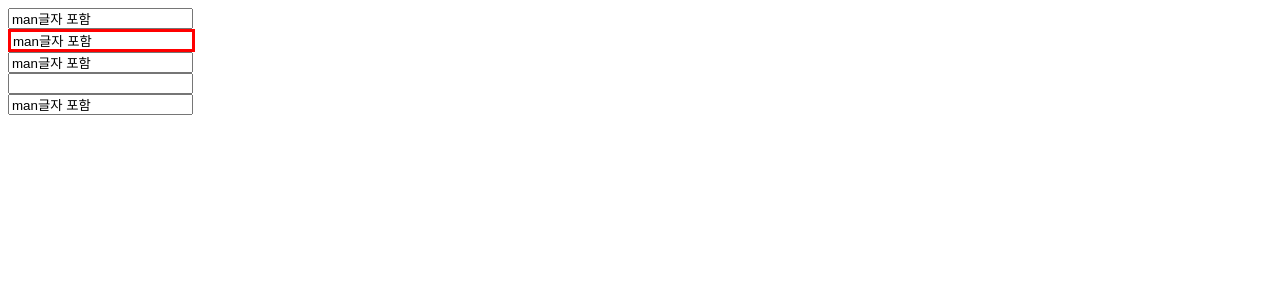
Repository: reddrinkbro/JSPStudy
Page: jQuery/WebContent/3속성선택자/15.html
These files come from the project's save history. The page is drawn as it stood at one moment and after the next save; the edit follows.
The browser window is 1280 px wide. The pictures show the whole page.

Above is the page before, as saved 2020-04-21 07:05:28.

### jQuery/WebContent/3속성선택자/15.html
<!DOCTYPE html PUBLIC "-//W3C//DTD HTML 4.01 Transitional//EN" "http://www.w3.org/TR/html4/loose.dtd">
<html>
<head>
<meta http-equiv="Content-Type" content="text/html; charset=UTF-8">
<title>Insert title here</title>

<!--

	jQuery 속성선택자 종류
		Attribute Contains Selector
		지정된 속성의 값이 일치하지 않지만 지정된 값을 포함하는 요소를 검색하고
		공백으로 정확하게 구분된 속성값을 갖는 요소를 검색할때 사용

 -->


	<script src="https://code.jquery.com/jquery-3.3.1.js"></script>
	<script type="text/javascript">

		$(function(){
			//<input>태그중에서 name 속성의 값이 문자열 "man"이 포함된 요소를 선택해옴
			$("input[name *= 'man']").val("man글자 포함");

			//<input>태그중에서 name속성의 값에 공백 구분자를 가진 문자열 "man"이 포함된 요소를 선택해옴
			$("input[name ~= 'man']").css("border","3px solid red");
		});
	</script>
</head>
<body>
	<input name = "manfdmsalkfmsdklfmkalsjfiaoheflaksdfajioganklflnews" ><br>
	<input name = "milk man"><br>
	<input name = "letterman2"><br>
	<input name = "newmilk"><br>
	<input name = "superman"><br>

</body>
</html>

After the next save:
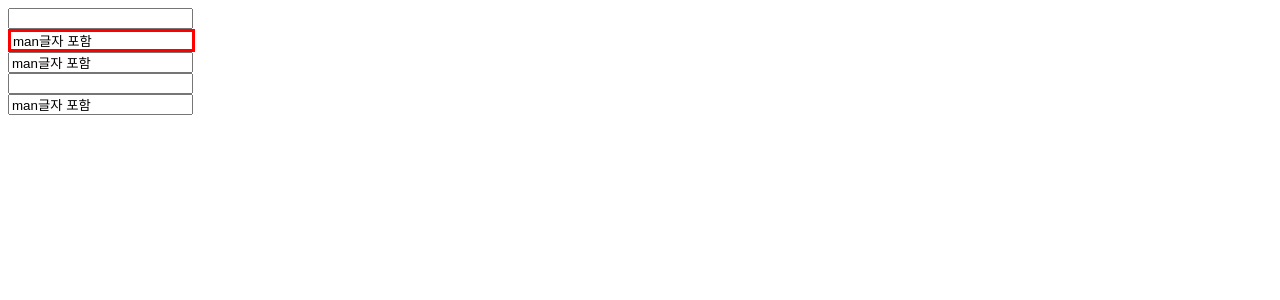
Saved 5 s later.
--- a/jQuery/WebContent/3속성선택자/15.html
+++ b/jQuery/WebContent/3속성선택자/15.html
@@ -27,7 +27,7 @@
 	</script>
 </head>
 <body>
-	<input name = "manfdmsalkfmsdklfmkalsjfiaoheflaksdfajioganklflnews" ><br>
+	<input name = "mafdmsalkfmsdklfmkalsjfiaoheflaksdfajioganklflnews" ><br>
 	<input name = "milk man"><br>
 	<input name = "letterman2"><br>
 	<input name = "newmilk"><br>

After the 4 saves that followed:
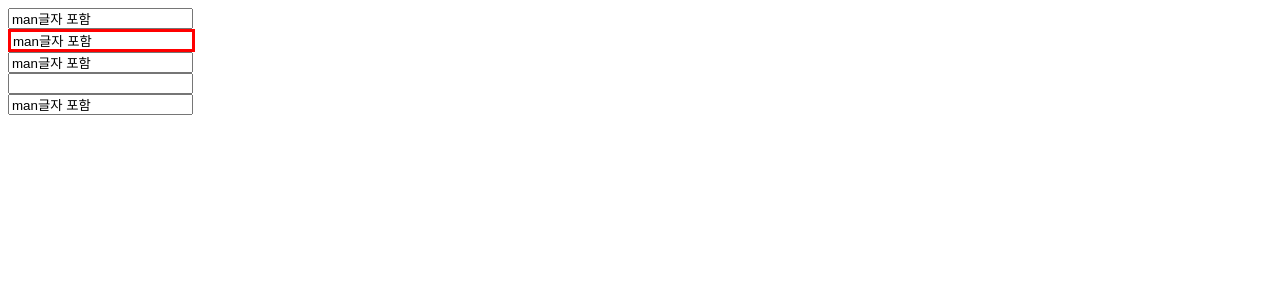
The 4 saves are shown as one change because 3 left the picture as it was.
The last was saved 91 s later.
--- a/jQuery/WebContent/3속성선택자/15.html
+++ b/jQuery/WebContent/3속성선택자/15.html
@@ -11,6 +11,10 @@
 		지정된 속성의 값이 일치하지 않지만 지정된 값을 포함하는 요소를 검색하고
 		공백으로 정확하게 구분된 속성값을 갖는 요소를 검색할때 사용
 
+		사용법
+			$("selector[attr *= 'value']")
+			$("selector[attr ~= 'value']")
+			->정확하게 일치하지는 않지만 지정된 속성값의 일부로 포함하는 요소 검색에는 *=
  -->
 
 
@@ -27,7 +31,7 @@
 	</script>
 </head>
 <body>
-	<input name = "mafdmsalkfmsdklfmkalsjfiaoheflaksdfajioganklflnews" ><br>
+	<input name = "mnman-news" ><br>
 	<input name = "milk man"><br>
 	<input name = "letterman2"><br>
 	<input name = "newmilk"><br>
